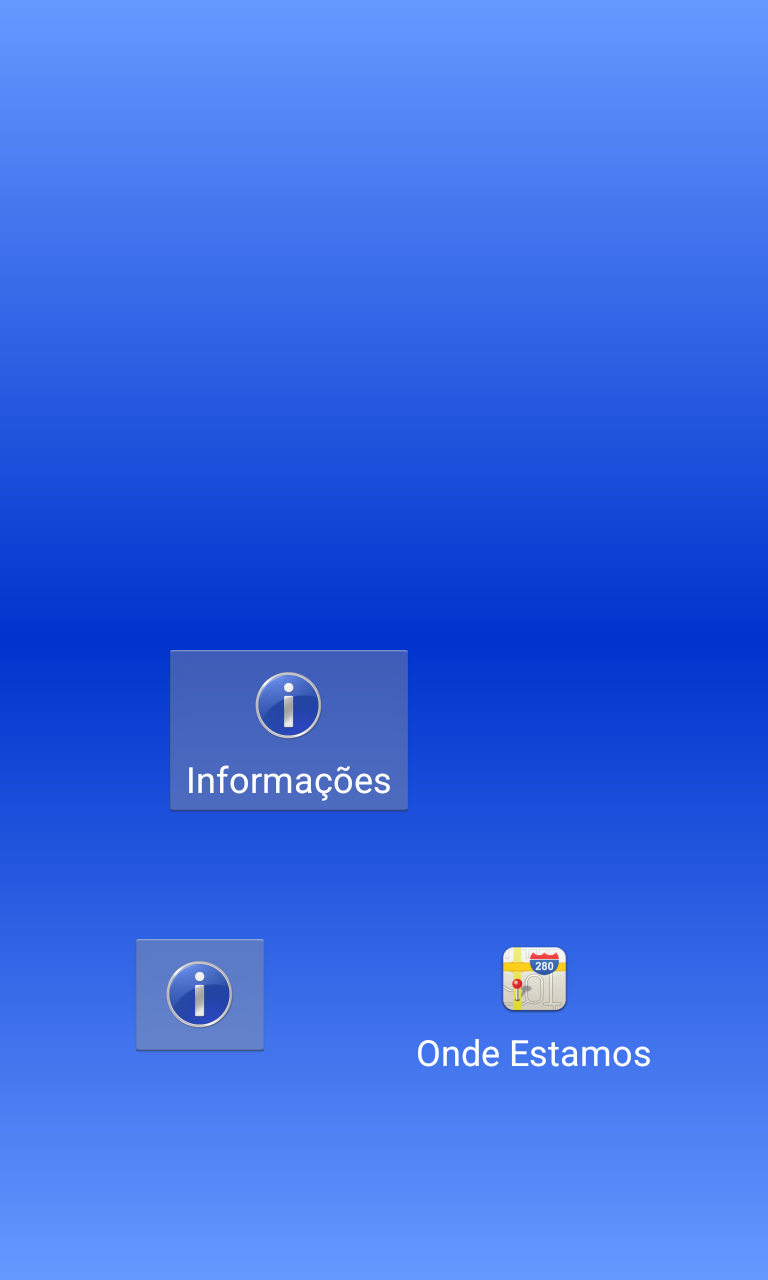
Repository: lmqs/ProjetoAndroid
Layout: TopicosProjeto/res/layout/activity_questoes.xml
These files come from the project's save history. The layout is drawn as it stood at one moment and after the next save; the edit follows.
It is drawn on a 768 x 1280 px phone screen (xhdpi) without system bars, with theme AppTheme; the app's code is not run.

Above is the layout before, as saved 2014-04-27 14:42:43.

### TopicosProjeto/res/layout/activity_questoes.xml
<RelativeLayout xmlns:android="http://schemas.android.com/apk/res/android"
    xmlns:tools="http://schemas.android.com/tools"
    android:layout_width="match_parent"
    android:layout_height="match_parent"
    android:background="@drawable/Gradiente"
    android:paddingBottom="@dimen/activity_vertical_margin"
    android:paddingLeft="@dimen/activity_horizontal_margin"
    android:paddingRight="@dimen/activity_horizontal_margin"
    android:paddingTop="@dimen/activity_vertical_margin"
    tools:context=".Questoes" >

    <Button
        android:id="@+id/button1"
        android:layout_width="wrap_content"
        android:layout_height="wrap_content"
        android:layout_alignParentBottom="true"
        android:layout_alignParentRight="true"
        android:layout_marginBottom="86dp"
        android:layout_marginRight="42dp"
        android:background="@android:color/transparent"
        android:drawableTop="@drawable/maps"
        android:text="Onde Estamos"
        android:textColor="#ffffff" />

    <ImageButton
        android:id="@+id/imageButton1"
        android:layout_width="wrap_content"
        android:layout_height="wrap_content"
        android:layout_alignParentLeft="true"
        android:layout_alignTop="@+id/button1"
        android:layout_marginLeft="48dp"
        android:src="@drawable/info" />

    <Button
        android:id="@+id/button2"
        android:layout_width="wrap_content"
        android:layout_height="wrap_content"
        android:layout_above="@+id/imageButton1"
        android:layout_marginBottom="56dp"
        android:layout_toLeftOf="@+id/button1"
        android:drawableTop="@drawable/info"
        android:text="Informações"
        android:textColor="#ffffff" />

</RelativeLayout>

### TopicosProjeto/res/drawable-hdpi/Gradiente.xml
<shape xmlns:android="http://schemas.android.com/apk/res/android" >

    <gradient
        android:angle="270"
        android:centerColor="#0033CC"
        android:endColor="#6699FF"
        android:startColor="#6699FF" />

</shape>

Loaded but not shown: TopicosProjeto/res/values/styles.xml (common file); TopicosProjeto/res/values-v11/styles.xml (common file); TopicosProjeto/res/values-v14/styles.xml (common file); TopicosProjeto/res/values/dimens.xml (common file)

After the next save:
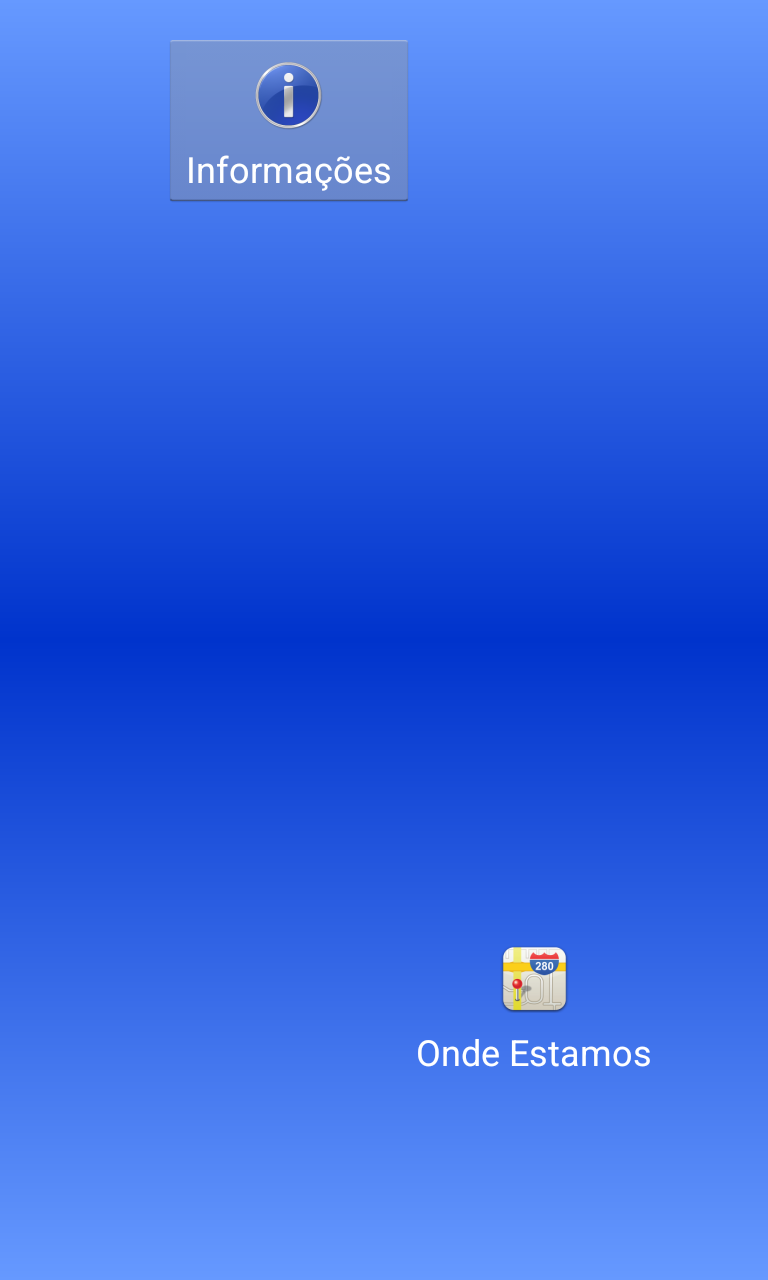
Saved 4 s later.
--- a/TopicosProjeto/res/layout/activity_questoes.xml
+++ b/TopicosProjeto/res/layout/activity_questoes.xml
@@ -22,15 +22,6 @@
         android:text="Onde Estamos"
         android:textColor="#ffffff" />
 
-    <ImageButton
-        android:id="@+id/imageButton1"
-        android:layout_width="wrap_content"
-        android:layout_height="wrap_content"
-        android:layout_alignParentLeft="true"
-        android:layout_alignTop="@+id/button1"
-        android:layout_marginLeft="48dp"
-        android:src="@drawable/info" />
-
     <Button
         android:id="@+id/button2"
         android:layout_width="wrap_content"
